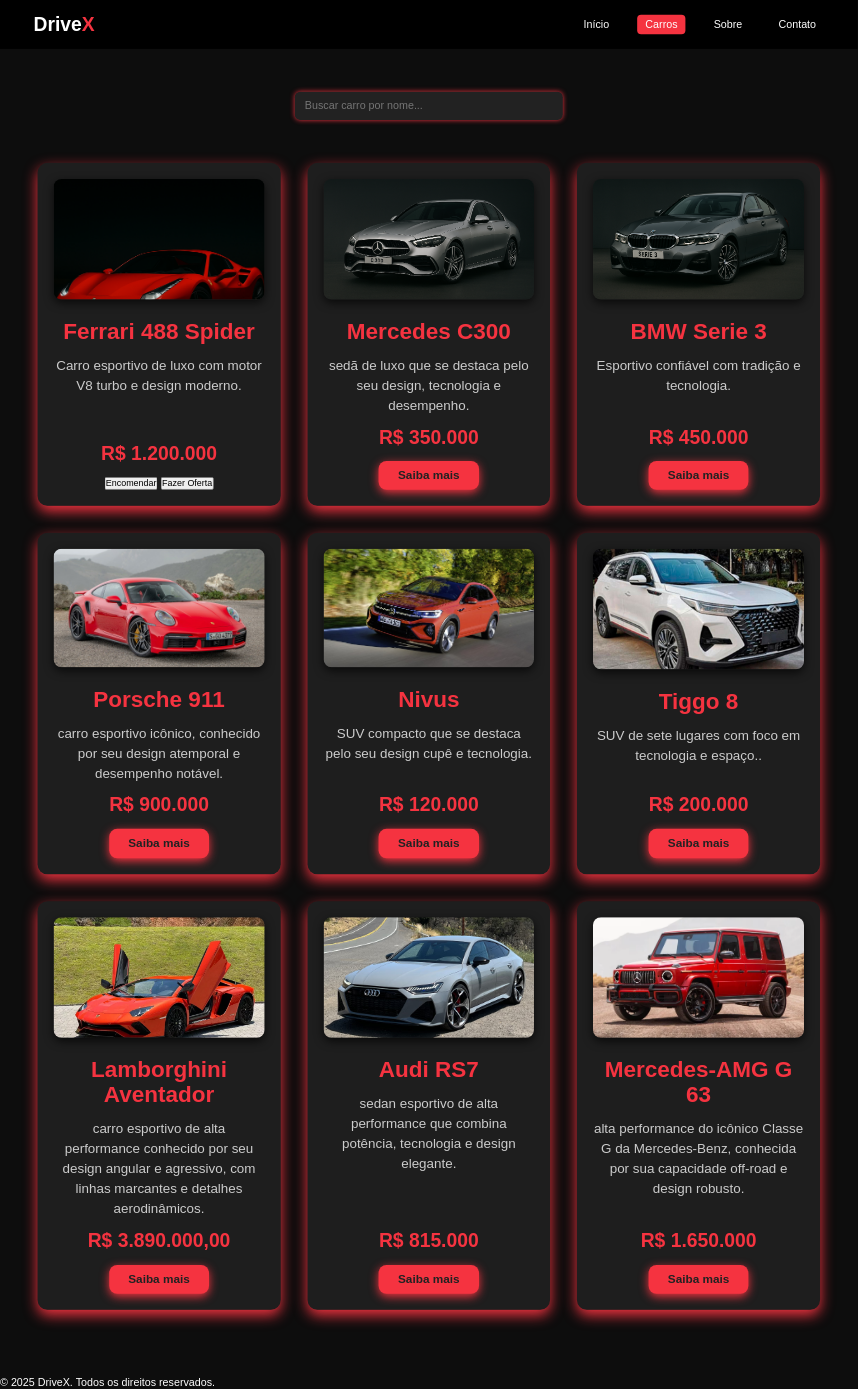
Repository: Mateushlp/DriveX
Page: carros.html
These files come from the project's save history. The page is drawn as it stood at one moment and after the next save; the edit follows.
The browser window is 1280 px wide. The pictures show the whole page, at 67% of full size.

Above is the page before, as saved 2025-06-24 22:14:06.

After the next save:
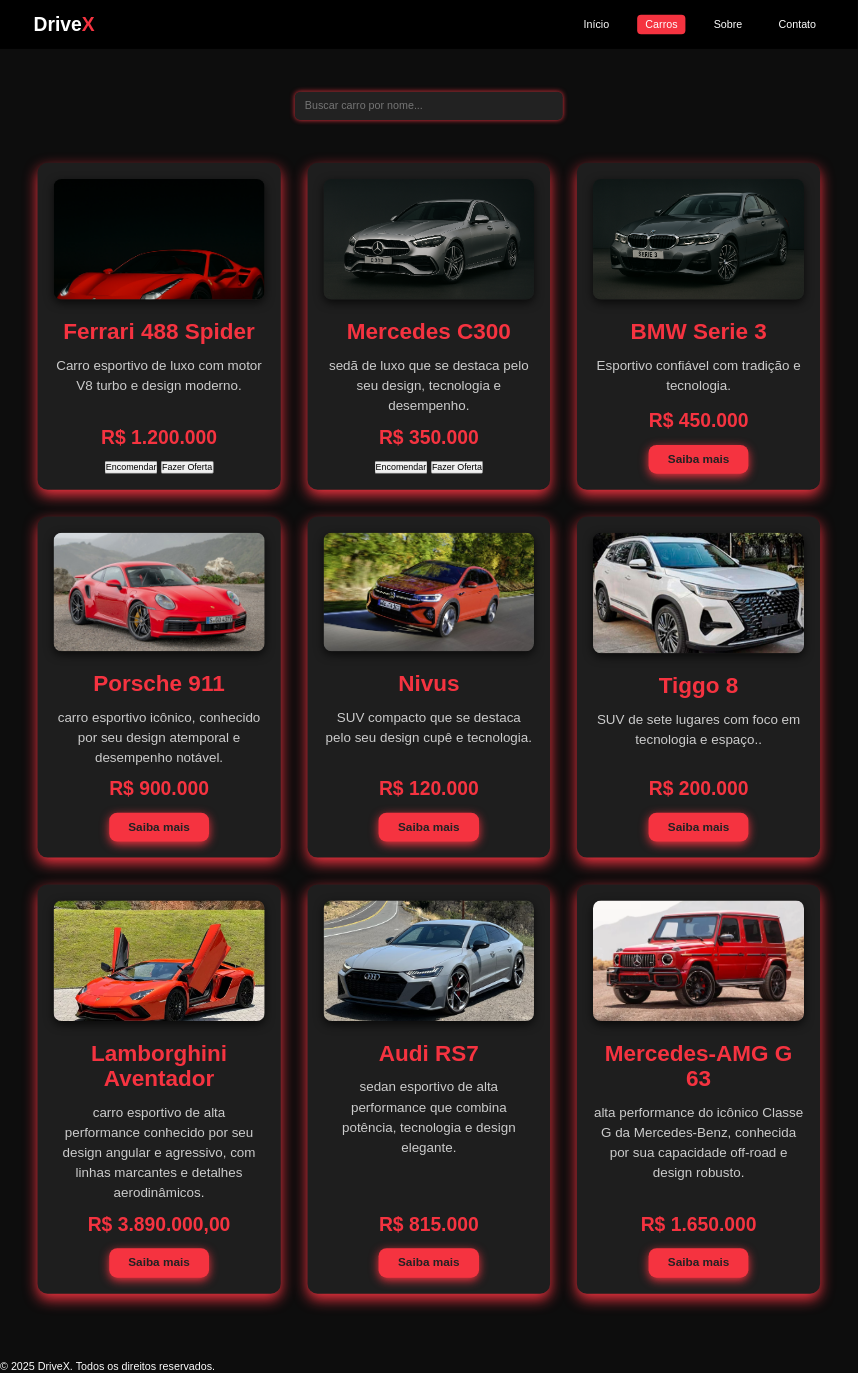
Saved 9 s later.
--- a/carros.html
+++ b/carros.html
@@ -41,7 +41,11 @@
         <h3>Mercedes C300</h3>
         <p>sedã de luxo que se destaca pelo seu design, tecnologia e desempenho.</p>
         <strong>R$ 350.000</strong>
-        <button class="btn-detalhes" data-modelo="Mercedes C300">Saiba mais</button>
+        <div class="botoes-card">
+  <button class="btn-encomenda" data-modelo="NOME_DO_CARRO">Encomendar</button>
+  <button class="btn-oferta" data-modelo="NOME_DO_CARRO">Fazer Oferta</button>
+</div>
+
       </div>
       <div class="card-carro">
         <img src="./img/serie 3.png" alt="BMW Serie 3" />
